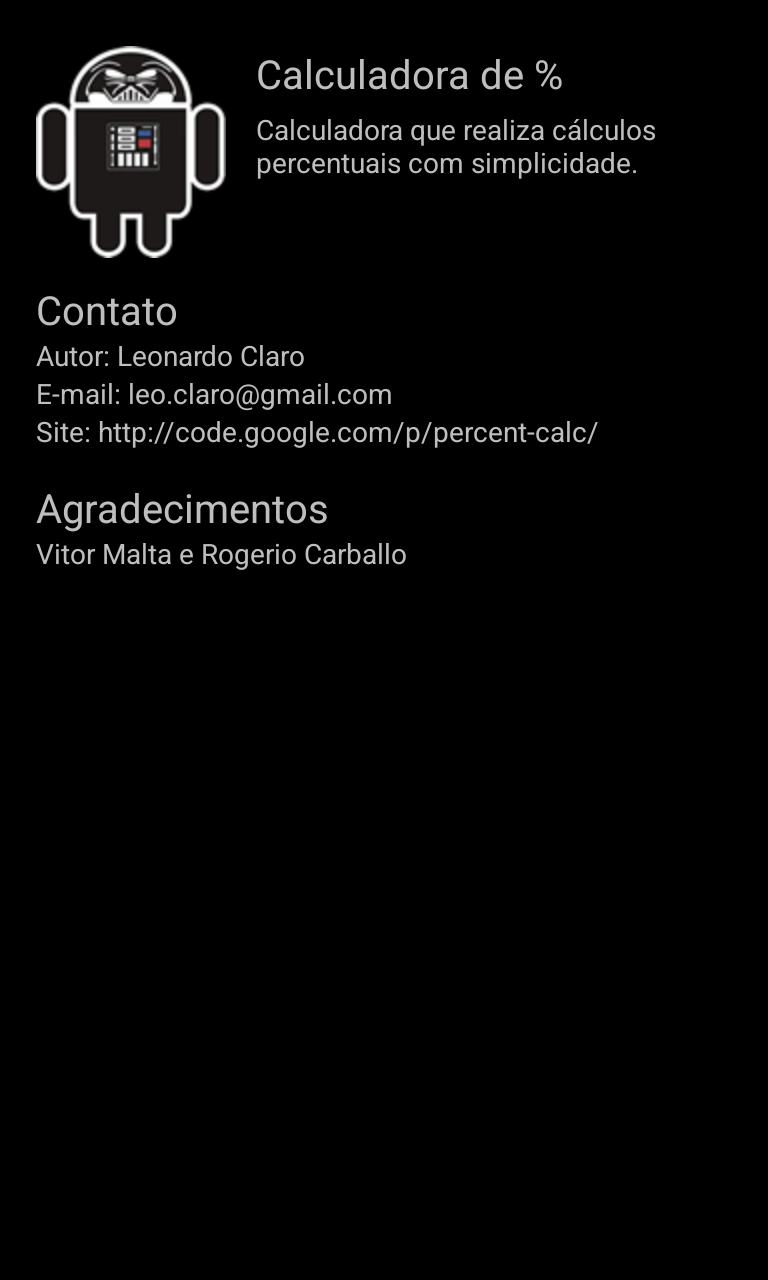
Repository: leoclaro/percentcalc
Layout: CalcularPercentagem/res/layout/sobre.xml
The author's editor kept a copy of each file at every save. The layout is drawn from the files as they stood at one save, then again after the next save.
It is drawn on a 768 x 1280 px phone screen (xhdpi) without system bars, with theme android:Theme; the app's code is not run.

Above is the layout before, as saved 2012-05-08 18:52:42.

### CalcularPercentagem/res/layout/sobre.xml
<?xml version="1.0" encoding="utf-8"?>
<RelativeLayout xmlns:android="http://schemas.android.com/apk/res/android"
    android:layout_width="match_parent"
    android:layout_height="match_parent" >

    <ImageView
        android:id="@+id/imageViewBG"
        android:layout_width="wrap_content"
        android:layout_height="wrap_content"
        android:layout_alignParentLeft="true"
        android:layout_alignParentTop="true"
        android:layout_marginLeft="18dp"
        android:layout_marginTop="23dp"
        android:contentDescription="@string/sobreTitulo"
        android:src="@drawable/bg_sobre" />

    <TextView
        android:id="@+id/textViewTitulo"
        android:layout_width="wrap_content"
        android:layout_height="wrap_content"
        android:layout_alignTop="@+id/imageViewBG"
        android:layout_marginLeft="128dp"
        android:text="@string/sobreTitulo"
        android:textSize="20dp" />

    <TextView
        android:id="@+id/textViewDescricao"
        android:layout_width="wrap_content"
        android:layout_height="wrap_content"
        android:layout_alignLeft="@+id/textViewTitulo"
        android:layout_below="@+id/textViewTitulo"
        android:layout_marginTop="5dp"
        android:text="@string/sobreDescricao" />

    <TextView
        android:id="@+id/textViewContato"
        android:layout_width="wrap_content"
        android:layout_height="wrap_content"
        android:layout_alignLeft="@+id/imageViewBG"
        android:text="@string/sobreContato"
        android:layout_below="@+id/imageViewBG"
        android:layout_marginTop="12dp"
        android:textSize="20dp" />

    <TextView
        android:id="@+id/textViewAutor"
        android:layout_width="wrap_content"
        android:layout_height="wrap_content"
        android:layout_alignLeft="@+id/imageViewBG"
        android:layout_below="@+id/textViewContato"
        android:text="@string/sobreAutor" />
    <TextView
        android:id="@+id/textViewEmail"
        android:layout_width="wrap_content"
        android:layout_height="wrap_content"
        android:layout_alignLeft="@+id/imageViewBG"
        android:layout_below="@+id/textViewAutor"
        android:text="@string/sobreEmail" />

    <TextView
        android:id="@+id/textViewWebsite"
        android:layout_width="wrap_content"
        android:layout_height="wrap_content"
        android:layout_alignLeft="@+id/imageViewBG"
        android:layout_below="@+id/textViewEmail"
        android:text="@string/sobreWebsite" />

    <TextView
        android:id="@+id/textViewAgradecimentos"
        android:layout_width="wrap_content"
        android:layout_height="wrap_content"
        android:layout_alignLeft="@+id/imageViewBG"
        android:text="@string/sobreAgradecimentos"
        android:layout_below="@+id/textViewWebsite"
        android:layout_marginTop="15dp"
        android:textSize="20dp" />

    <TextView
        android:id="@+id/textViewAgradecimentosCredito"
        android:layout_width="wrap_content"
        android:layout_height="wrap_content"
        android:layout_alignLeft="@+id/imageViewBG"
        android:layout_below="@+id/textViewAgradecimentos"
        android:text="@string/sobreAgradecimentosCredito" />

</RelativeLayout>

### CalcularPercentagem/res/values/sobrestrings.xml
<?xml version="1.0" encoding="utf-8"?>
<resources>
    <string name="sobreTitulo">Calculadora de %</string>
    <string name="sobreAutor">Autor: Leonardo Claro</string>
    <string name="sobreEmail">E-mail: leo.claro@gmail.com</string>
    <string name="sobreWebsite">Site: http://code.google.com/p/percent-calc/</string>
    <string name="sobreDescricao">Calculadora que realiza cálculos percentuais com simplicidade.</string>
    <string name="sobreContato">Contato</string>
    <string name="sobreAgradecimentosCredito">Vitor Malta e Rogerio Carballo</string>
    <string name="sobreAgradecimentos">Agradecimentos</string>

</resources>

After the next save:
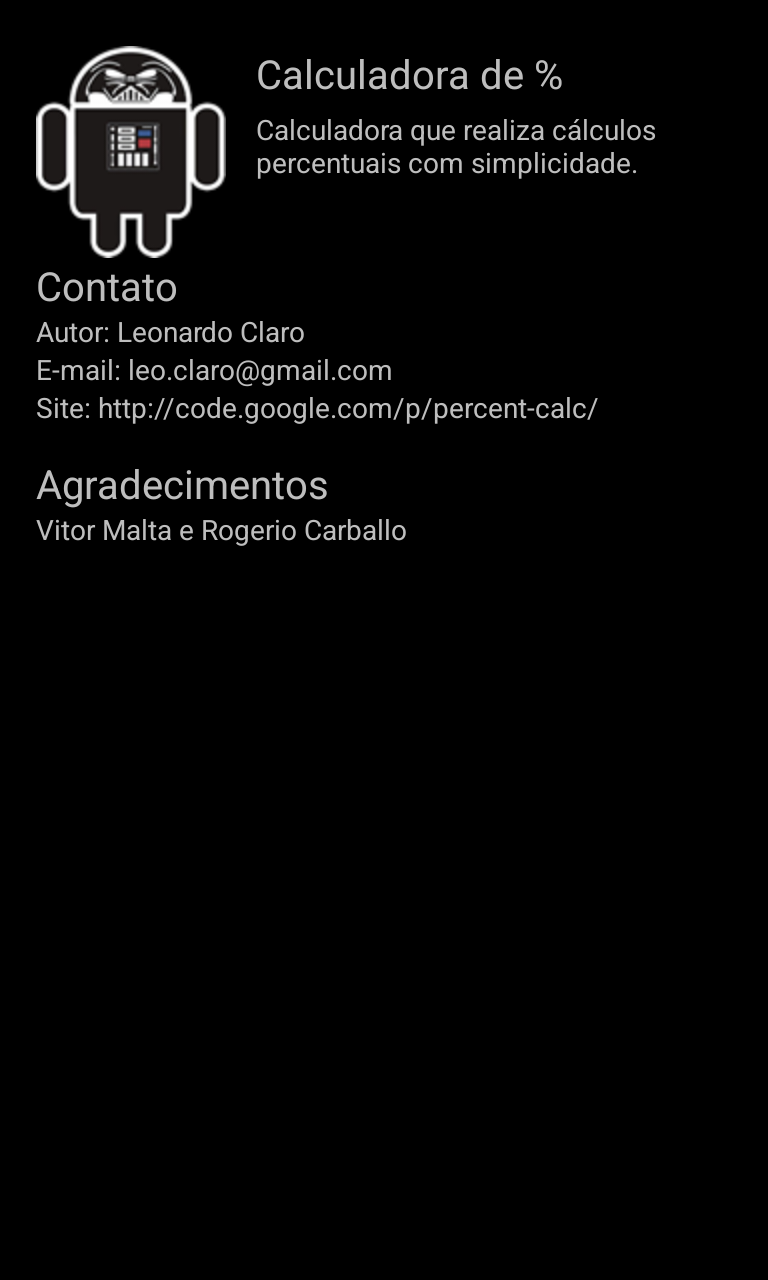
Saved 12 s later.
--- a/CalcularPercentagem/res/layout/sobre.xml
+++ b/CalcularPercentagem/res/layout/sobre.xml
@@ -39,7 +39,6 @@
         android:layout_alignLeft="@+id/imageViewBG"
         android:text="@string/sobreContato"
         android:layout_below="@+id/imageViewBG"
-        android:layout_marginTop="12dp"
         android:textSize="20dp" />
 
     <TextView
